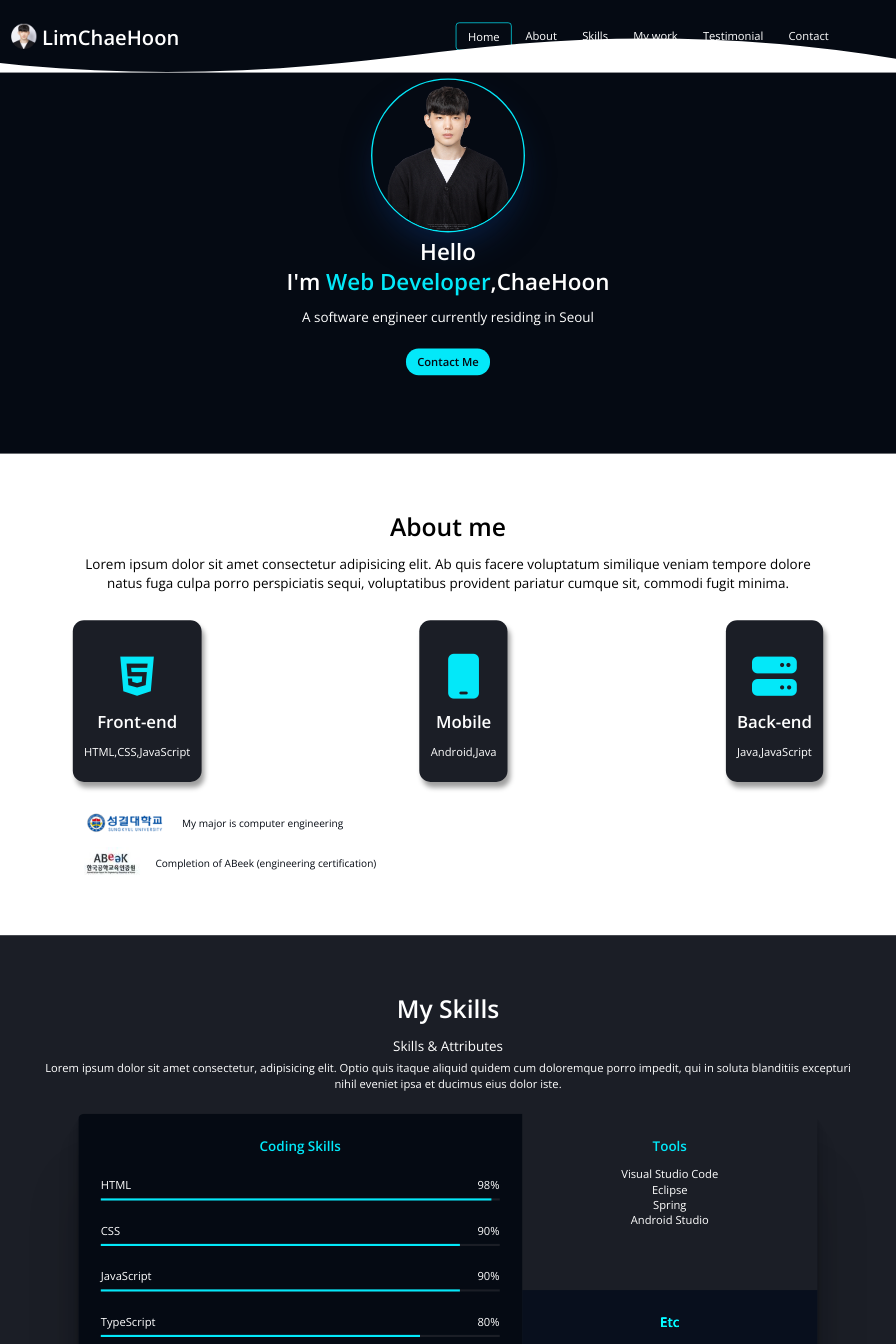
Repository: Iimchaehoon/portfollio
Page: index.html
These files come from the project's save history. The page is drawn as it stood at one moment and after the next save; the edit follows.
The browser window is 1280 px wide. The pictures show the part of the page from y = 0 to 1920 px (the page is 4147 px tall), at 70% of full size.
Some web libraries are served in a nearby version.

Above is the page before, as saved 2023-07-18 21:13:57.

After the next save:
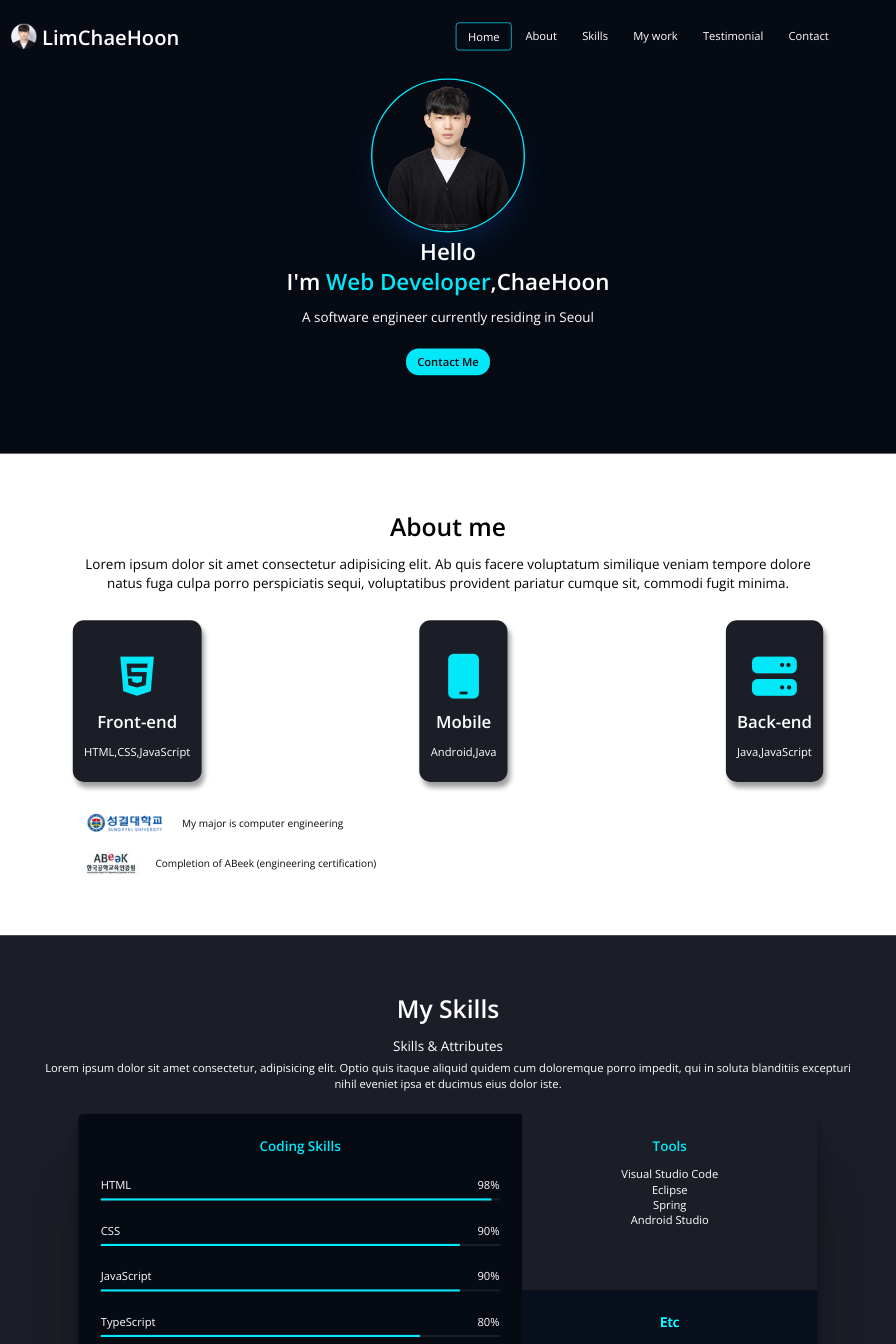
Saved 18 s later.
--- a/index.html
+++ b/index.html
@@ -58,19 +58,6 @@
       <button class="header__toggle" aria-label="navigation menu toggle">
         <i class="fa-solid fa-bars"></i>
       </button>
-      <div class="custom-shape-divider-bottom-1689682338">
-        <svg
-          data-name="Layer 1"
-          xmlns="http://www.w3.org/2000/svg"
-          viewBox="0 0 1200 120"
-          preserveAspectRatio="none"
-        >
-          <path
-            d="M321.39,56.44c58-10.79,114.16-30.13,172-41.86,82.39-16.72,168.19-17.73,250.45-.39C823.78,31,906.67,72,985.66,92.83c70.05,18.48,146.53,26.09,214.34,3V0H0V27.35A600.21,600.21,0,0,0,321.39,56.44Z"
-            class="shape-fill"
-          ></path>
-        </svg>
-      </div>
     </header>
     <!-- Main -->
     <main>
